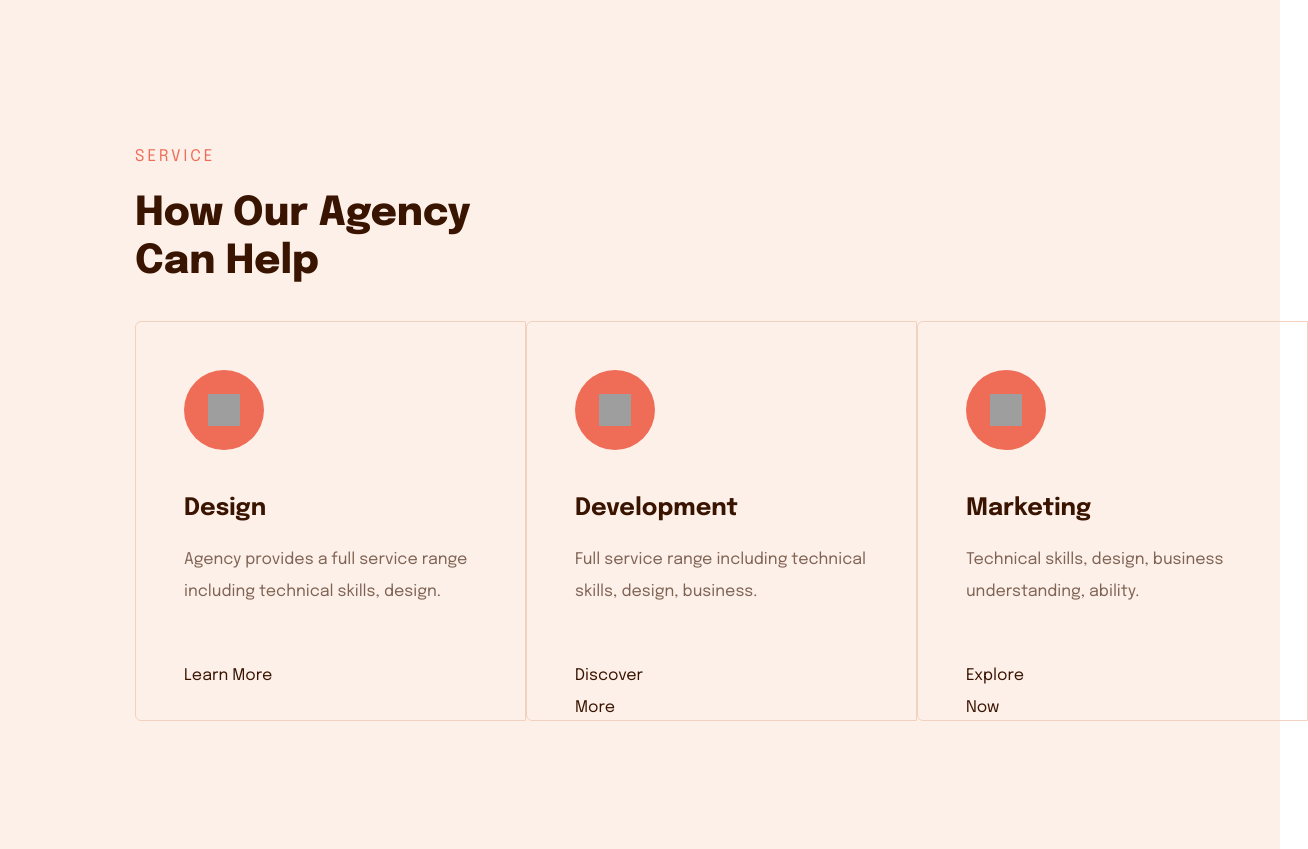
Repository: simralgasimov/service
Page: index.html
An editor plug-in stored every save of this project. The page is shown before and after the next save, followed by the edit.
The browser window is 1280 px wide. The page is 1308 px wide, then 1280 px, so the pictures cover 1308 px, including what lies to the right of the window. The pictures show the whole page.
Pictures or frames that could not be fetched are drawn as grey boxes.

Above is the page before, as saved 2023-09-04 13:28:27.

### index.html
<!DOCTYPE html>
<html lang="en">
<head>
    <meta charset="UTF-8">
    <meta name="viewport" content="width=device-width, initial-scale=1.0">
    <title>Document</title>
    <link rel="stylesheet" href="index.css">
</head>
<body>
    <div class="container"><h1>Service
    </h1>
    <h2>How Our Agency Can Help
    </h2>

    <ul class=>
  <li >
    <div class="circle">
        <img src="./img/Combined.svg" alt="">
    </div>

    <h3>Design</h3>
    <h4>Agency provides a full service range including technical skills, design.
    </h4>
    <h5>Learn More
    </h5>
   </li>

   <li >
    <div class="circle">
        <img src="./img/Combined Shape (1).svg" alt="">
    </div>

    <h3>Development
    </h3>
    <h4>Full service range including technical skills, design, business.
</h4>
    <h5>Discover More

    </h5>
   </li>


   <li >
    <div class="circle">
        <img src="./img/Shape.svg" alt="">
    </div>

    <h3>Marketing

    </h3>
    <h4>Technical skills, design, business understanding, ability.
</h4>
    <h5>Explore Now


    </h5>
   </li>
</ul>


</div>


</body>
</html>

### index.css
@import url("https://fonts.googleapis.com/css2?family=Epilogue:wght@400;700;800;900&display=swap");
* {
  margin: 0;
  padding: 0;
  box-sizing: border-box;
}

.container {
  background: #fdf0e9;
  padding: 141px 134px 128px 135px;
}

.container h1 {
  margin-bottom: 17px;
  color: var(--text-dark-accent, #ef6d58);
  font-feature-settings: "clig" off, "liga" off;
  font-family: Epilogue;
  font-size: 16px;
  font-style: normal;
  font-weight: 400;
  line-height: 32px;
  letter-spacing: 3px;
  text-transform: uppercase;
}

.container h2 {
  margin-bottom: 35px;
  width: 336px;
  color: var(--text-dark, #391400);
  font-feature-settings: "clig" off, "liga" off;
  font-family: Epilogue;
  font-size: 40px;
  font-style: normal;
  font-weight: 800;
  line-height: 48px;
}

.container ul {
  list-style-type: none;
  display: flex;
}

.container ul li {
  padding: 48px 48px 52px 48px;
  width: 391px;
  height: 400px;
  border-radius: 6px 0px 0px 6px;
  border: 1px solid #f3d1bf;
}
.container ul li .circle{
  width: 80px;
height: 80px;
border-radius: 50%;
background-color: #EF6C57;
display: flex;
justify-content: center;
align-items: center;
}
.container ul li img {
  width: 32px;
  height: 32px;

}

.container ul li h3 {
  margin-top: 43px;
  /* width: 83px; */
  color: var(--text-dark, #391400);
  font-feature-settings: "clig" off, "liga" off;

  font-family: Epilogue;
  font-size: 24px;
  font-style: normal;
  font-weight: 700;
  line-height: 32px;
}

.container ul li h4 {
  margin-top: 19px;
  width: 294px;
  color: var(--text-dark-gray, rgba(57, 20, 0, 0.64));
  font-feature-settings: "clig" off, "liga" off;
  font-family: Epilogue;
  font-size: 16px;
  font-style: normal;
  font-weight: 400;
  line-height: 32px;
}

.container ul li h5 {
  margin-top: 52px;
  width: 89px;
  color: var(--text-dark, #391400);
  font-feature-settings: "clig" off, "liga" off;

  font-family: Epilogue;
  font-size: 16px;
  font-style: normal;
  font-weight: 400;
  line-height: 32px;
}

/* .container ul li:nth-child(2) h5{
    width: 113px;
}


.container ul li:nth-child(3) h5{
    width: 96px;
} */

After the next save:
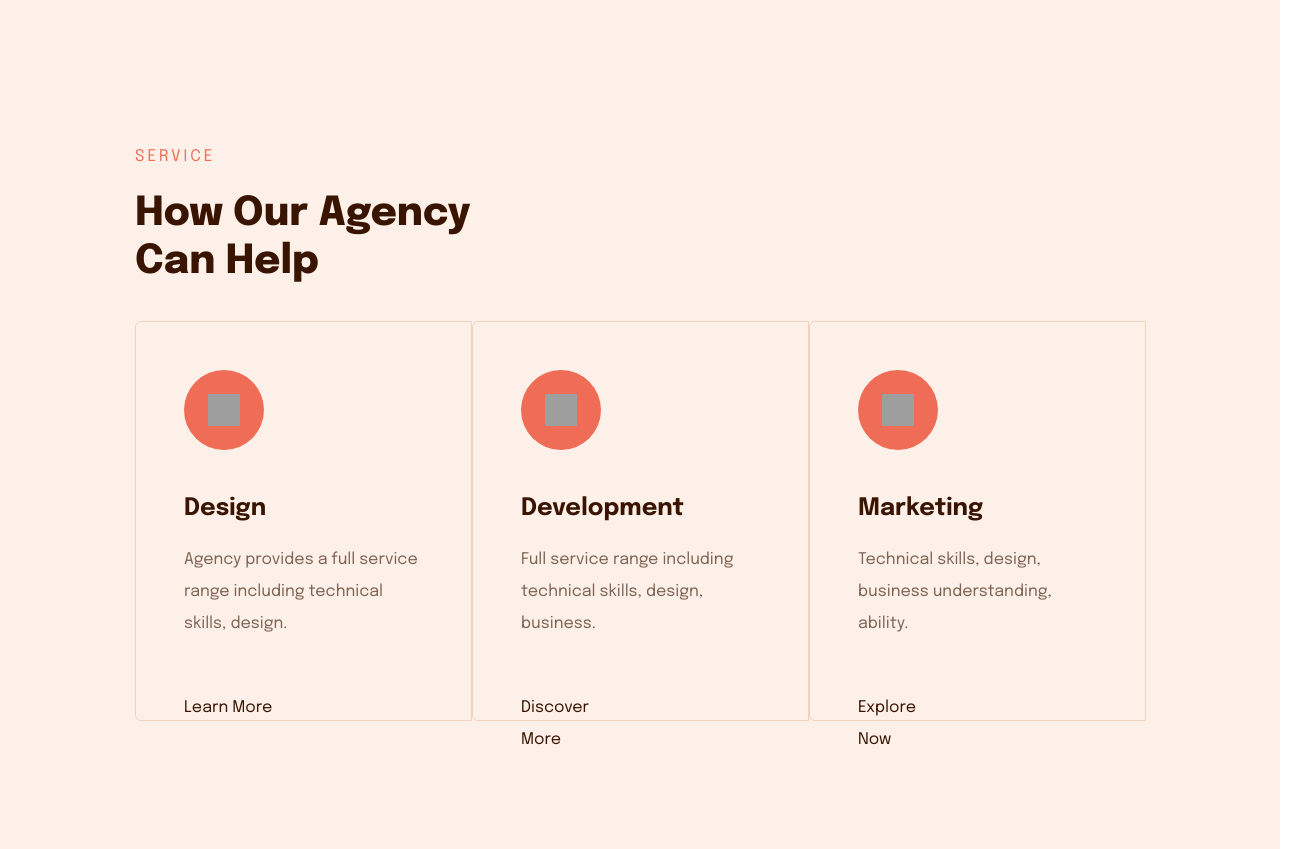
Saved 4 s later.
--- a/index.css
+++ b/index.css
@@ -77,7 +77,7 @@ align-items: center;
 
 .container ul li h4 {
   margin-top: 19px;
-  width: 294px;
+  /* width: 294px; */
   color: var(--text-dark-gray, rgba(57, 20, 0, 0.64));
   font-feature-settings: "clig" off, "liga" off;
   font-family: Epilogue;
